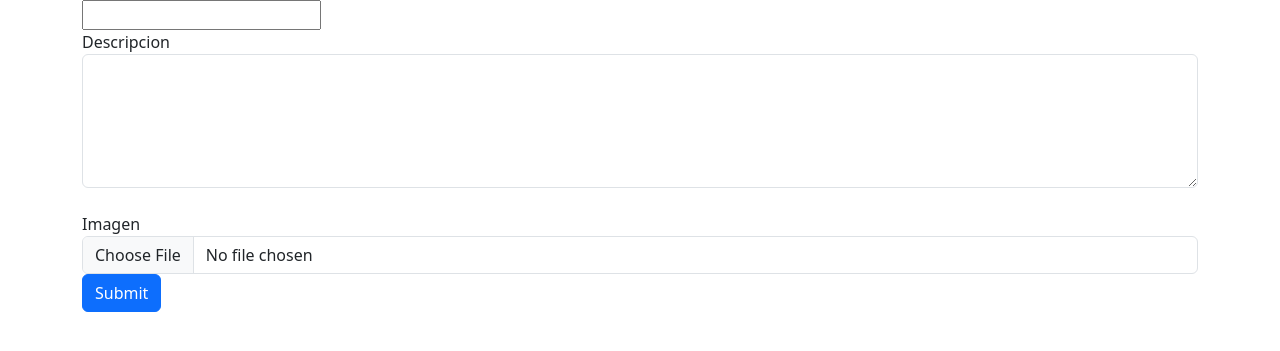
Repository: kevin-meza/pompeyo
Page: http://localhost/post/create
The author's editor kept a copy of each file at every save. The page is drawn from the files as they stood at one save, then again after the next save.
The browser window is 1280 px wide. The pictures show the whole page.
The page is served by the project's Laravel application, run on PHP 8.4 with Laravel 10. A made-up administrator, Test User (test@example.com), is signed in.

Above is the page before, as saved 2023-05-05 18:43:34.

After the next save:
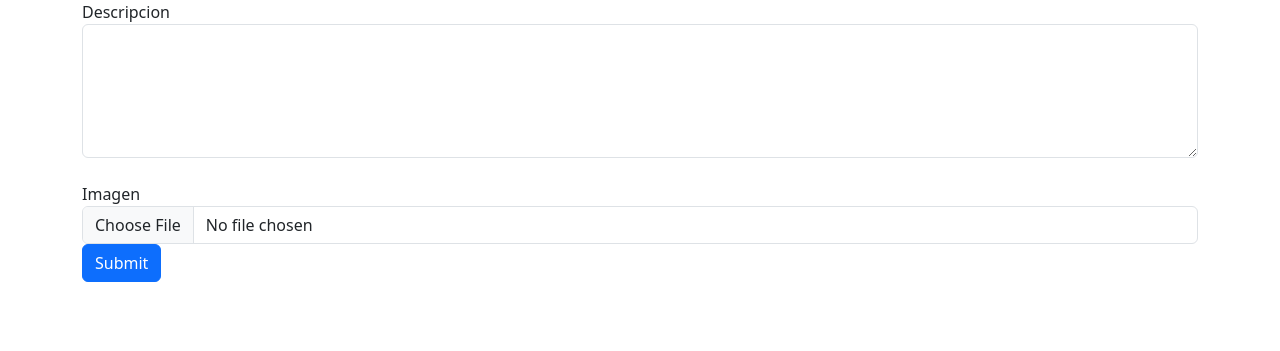
Saved 5 min 19 s later.
--- a/resources/views/post/form.blade.php
+++ b/resources/views/post/form.blade.php
@@ -12,7 +12,7 @@
     <div class="container">
         <form action="{{ url ('/post/store' ) }}" method="post" class="d-inline">
             @csrf
-            <input type="text" name="id_user" value="{{ Auth::user()->id_user }}">
+            <input type="text" hidden name="id_user" value="{{ Auth::user()->id_user }}">
         <div class="form-group">
           <label for="exampleInputEmail1">Descripcion</label>
 
